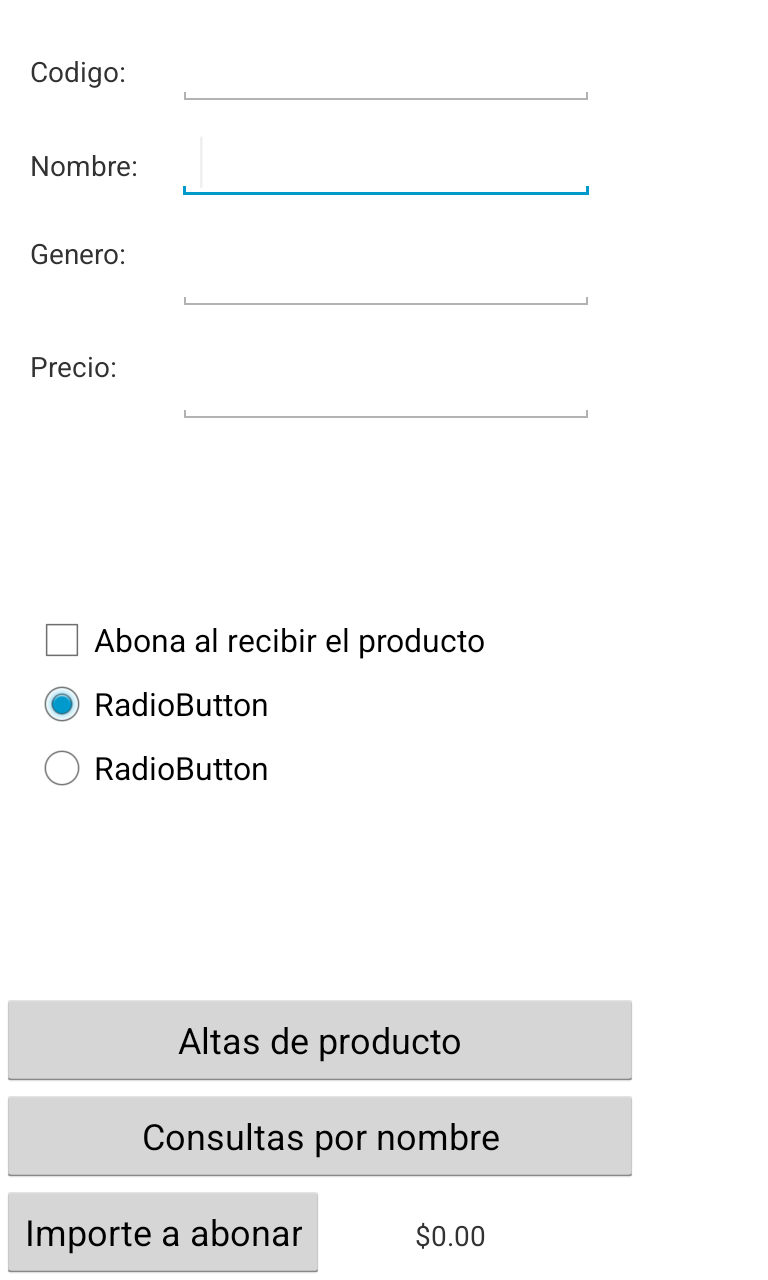
Repository: unknoman/javaAndroidDesempenos
Layout: parcial2h/res/layout/activity_main.xml
An editor plug-in stored every save of this project. The layout is shown before and after the next save, followed by the edit.
It is drawn on a 768 x 1280 px phone screen (xhdpi) without system bars, with theme AppTheme; the app's code is not run.

Above is the layout before, as saved 2022-06-16 06:44:36.

### parcial2h/res/layout/activity_main.xml
<RelativeLayout xmlns:android="http://schemas.android.com/apk/res/android"
    xmlns:tools="http://schemas.android.com/tools"
    android:layout_width="match_parent"
    android:layout_height="match_parent"
    tools:context=".MainActivity" >

    <TextView
        android:id="@+id/textView2"
        android:layout_width="wrap_content"
        android:layout_height="wrap_content"
        android:layout_alignParentLeft="true"
        android:layout_below="@+id/textView1"
        android:layout_marginLeft="15dp"
        android:layout_marginTop="28dp"
        android:text="Nombre:" />

    <TextView
        android:id="@+id/textView1"
        android:layout_width="wrap_content"
        android:layout_height="wrap_content"
        android:layout_alignLeft="@+id/textView2"
        android:layout_alignParentTop="true"
        android:layout_marginTop="26dp"
        android:text="Codigo:" />

    <TextView
        android:id="@+id/textView3"
        android:layout_width="wrap_content"
        android:layout_height="wrap_content"
        android:layout_alignRight="@+id/textView1"
        android:layout_below="@+id/textView2"
        android:layout_marginTop="25dp"
        android:text="Genero:" />

    <EditText
        android:id="@+id/et1"
        android:layout_width="wrap_content"
        android:layout_height="wrap_content"
        android:layout_alignBaseline="@+id/textView1"
        android:layout_alignBottom="@+id/textView1"
        android:layout_marginLeft="19dp"
        android:layout_toRightOf="@+id/textView2"
        android:ems="10"
        android:inputType="number" />

    <EditText
        android:id="@+id/et2"
        android:layout_width="wrap_content"
        android:layout_height="wrap_content"
        android:layout_alignBaseline="@+id/textView2"
        android:layout_alignBottom="@+id/textView2"
        android:layout_alignLeft="@+id/et1"
        android:ems="10" >

        <requestFocus />
    </EditText>

    <EditText
        android:id="@+id/et3"
        android:layout_width="wrap_content"
        android:layout_height="wrap_content"
        android:layout_alignLeft="@+id/et2"
        android:layout_alignTop="@+id/textView3"
        android:ems="10" />

    <EditText
        android:id="@+id/et4"
        android:layout_width="wrap_content"
        android:layout_height="wrap_content"
        android:layout_alignLeft="@+id/et3"
        android:layout_alignTop="@+id/textView4"
        android:ems="10"
        android:inputType="numberDecimal" />

    <TextView
        android:id="@+id/textView4"
        android:layout_width="wrap_content"
        android:layout_height="wrap_content"
        android:layout_alignLeft="@+id/textView2"
        android:layout_below="@+id/et3"
        android:layout_marginTop="17dp"
        android:text="Precio:" />

    <CheckBox
        android:id="@+id/cb1"
        android:layout_width="wrap_content"
        android:layout_height="wrap_content"
        android:layout_alignLeft="@+id/textView4"
        android:layout_centerVertical="true"
        android:text="Abona al recibir el producto" />

    <Button
        android:id="@+id/button3"
        android:layout_width="wrap_content"
        android:layout_height="wrap_content"
        android:layout_alignParentBottom="true"
        android:layout_alignParentLeft="true"
        android:text="Importe a abonar" />

    <Button
        android:id="@+id/button2"
        android:layout_width="320dp"
        android:layout_height="wrap_content"
        android:layout_above="@+id/button3"
        android:layout_alignParentLeft="true"
        android:text="Consultas por nombre" />

    <Button
        android:id="@+id/button1"
        android:layout_width="320dp"
        android:layout_height="wrap_content"
        android:layout_above="@+id/button2"
        android:layout_alignParentLeft="true"
        android:minWidth="64dp"
        android:text="Altas de producto" />

    <RadioGroup
        android:id="@+id/radioGroup1"
        android:layout_width="wrap_content"
        android:layout_height="wrap_content"
        android:layout_alignLeft="@+id/cb1"
        android:layout_below="@+id/cb1" >

        <RadioButton
            android:id="@+id/rd1"
            android:layout_width="wrap_content"
            android:layout_height="wrap_content"
            android:checked="true"
            android:text="RadioButton" />

        <RadioButton
            android:id="@+id/rd2"
            android:layout_width="wrap_content"
            android:layout_height="wrap_content"
            android:text="RadioButton" />
    </RadioGroup>

    <TextView
        android:id="@+id/tv1"
        android:layout_width="wrap_content"
        android:layout_height="wrap_content"
        android:layout_alignBaseline="@+id/button3"
        android:layout_alignBottom="@+id/button3"
        android:layout_alignRight="@+id/cb1"
        android:text="$0.00" />

</RelativeLayout>

Loaded but not shown: parcial2h/res/values/styles.xml (common file); parcial2h/res/values-v11/styles.xml (common file); parcial2h/res/values-v14/styles.xml (common file)

After the next save:
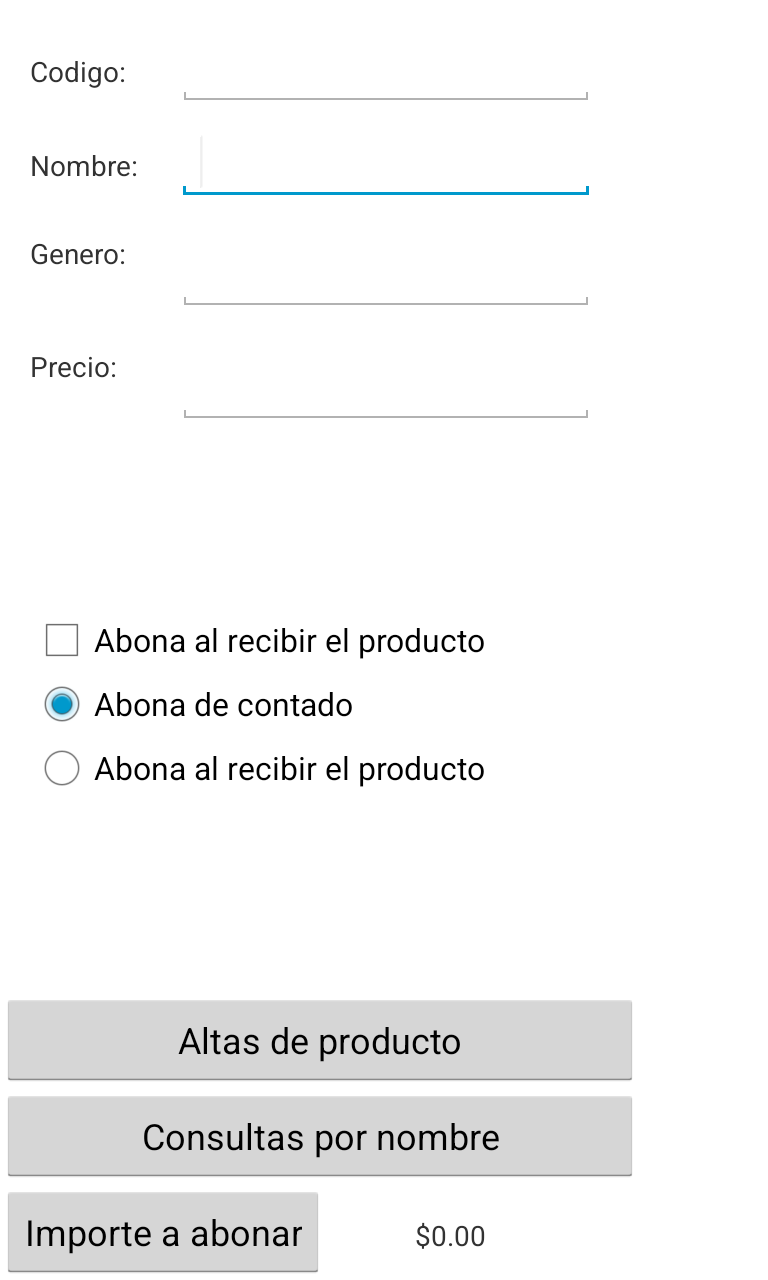
Saved 66 s later.
--- a/parcial2h/res/layout/activity_main.xml
+++ b/parcial2h/res/layout/activity_main.xml
@@ -126,13 +126,13 @@
             android:layout_width="wrap_content"
             android:layout_height="wrap_content"
             android:checked="true"
-            android:text="RadioButton" />
+            android:text="Abona de contado" />
 
         <RadioButton
             android:id="@+id/rd2"
             android:layout_width="wrap_content"
             android:layout_height="wrap_content"
-            android:text="RadioButton" />
+            android:text="Abona al recibir el producto" />
     </RadioGroup>
 
     <TextView
